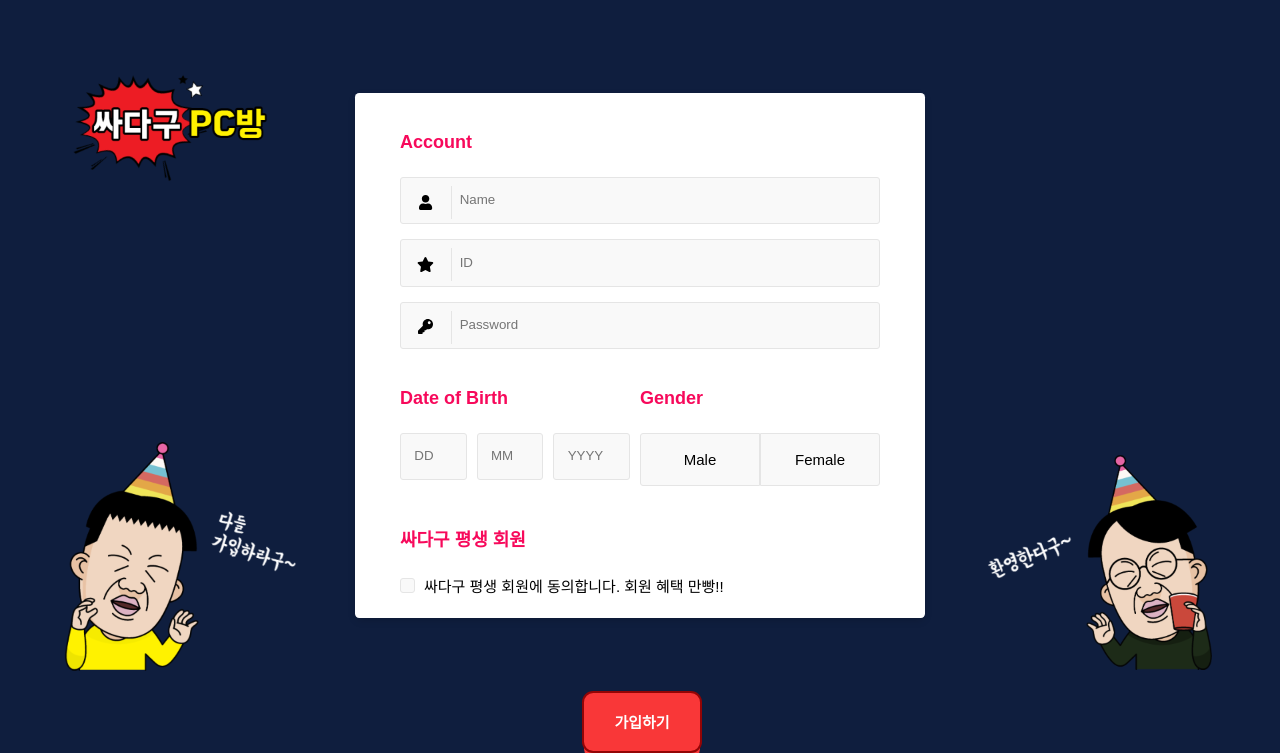
Repository: lkwoung/webProject-assignment
Page: http://localhost/CheapPC/login/join.jsp
These files come from the project's save history. The page is drawn as it stood at one moment and after the next save; the edit follows.
The browser window is 1280 px wide. The pictures show the whole page.
Backgrounds fixed to the window are drawn as part of the page. Some web fonts or font styles are not loaded; a fallback is used. Some web libraries are served in a nearby version. The page is served by Tomcat 9.

Above is the page before, as saved 2020-12-17 14:23:21.

After the next save:
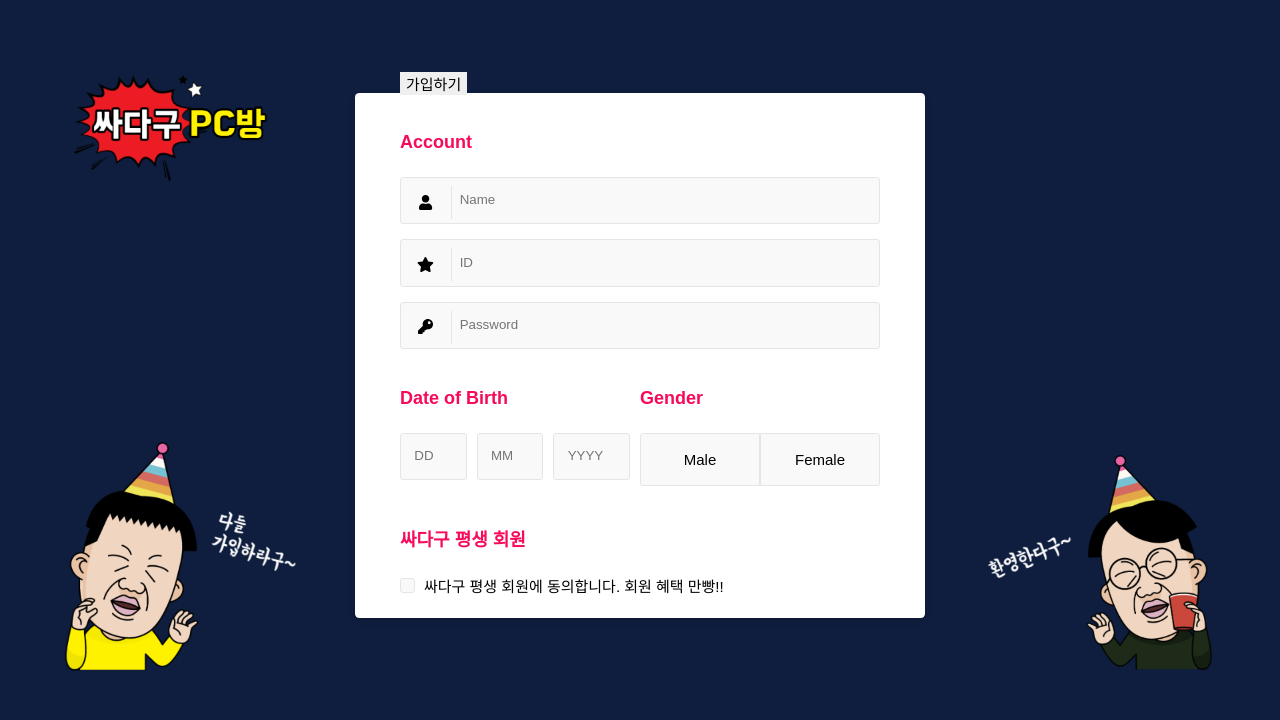
Saved 49 s later.
--- a/CheapPC/WebContent/login/join.jsp
+++ b/CheapPC/WebContent/login/join.jsp
@@ -59,7 +59,7 @@
         <label for="terms" style="font-family:'Hanna', sans-serif;">싸다구 평생 회원에 동의합니다. 회원 혜택 만빵!!</label>
       </div>
     </div>
-      <button type="submit" class="learn-more" >가입하기</button>
+      <button type="submit" style="font-family:'Hanna', sans-serif; position:absolute; top: 10%;">가입하기</button>
   </form>
   </div>
 
